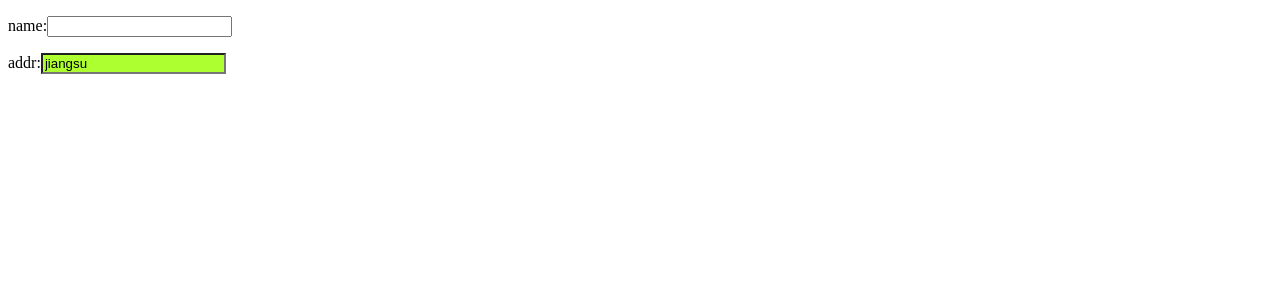
Repository: lixinso/html5
Page: workspace/CSS3/WebContent/selector/selector_brother.html
An editor plug-in stored every save of this project. The page is shown before and after the next save, followed by the edit.
The browser window is 1280 px wide. The pictures show the whole page.

Above is the page before, as saved 2011-05-27 15:11:14.

### workspace/CSS3/WebContent/selector/selector_brother.html
<?xml version="1.0" encoding="UTF-8" ?>
<!DOCTYPE html PUBLIC "-//W3C//DTD XHTML 1.0 Transitional//EN" "http://www.w3.org/TR/xhtml1/DTD/xhtml1-transitional.dtd">
<html xmlns="http://www.w3.org/1999/xhtml">
<head>
<meta http-equiv="Content-Type" content="text/html; charset=UTF-8" />
<title>Insert title here</title>
<style type="text/css">


	input[type="text"]:read-only{
		background-color: greenyellow;
	}

	input[type="text"]:focus{
		background-color: skyblue;
	}

	input[type="text"]:active{
		background-color: yellow;
	}


</style>
</head>
<body>

	<form>
		<p>name:<input type="text" name="name"/></p>
		<p>addr:<input type="text" name="addr" value="jiangsu" readonly="readonly"/></p>
	</form>
</body>
</html>

After the next save:
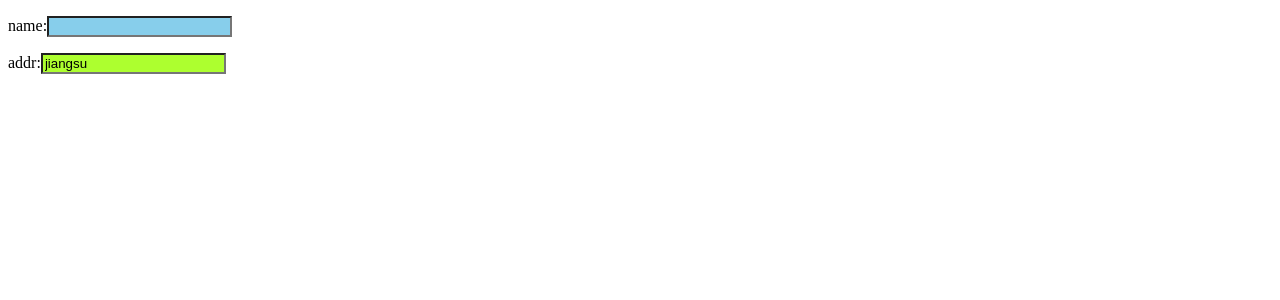
Saved 6 s later.
--- a/workspace/CSS3/WebContent/selector/selector_brother.html
+++ b/workspace/CSS3/WebContent/selector/selector_brother.html
@@ -11,7 +11,7 @@
 		background-color: greenyellow;
 	}
 
-	input[type="text"]:focus{
+	input[type="text"]:read-write{
 		background-color: skyblue;
 	}
 
